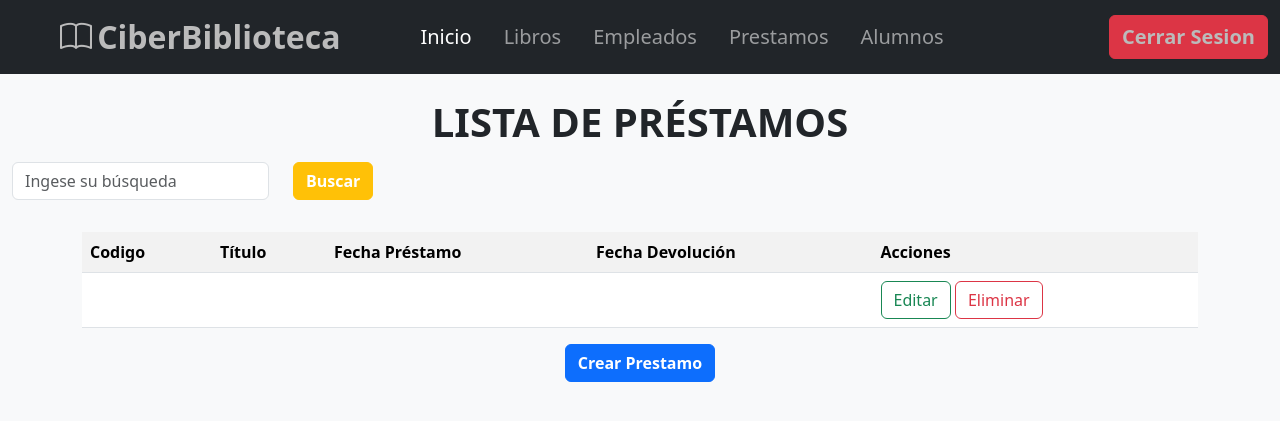
Repository: WilmerOcampo/LP1_Biblioteca
Page: http://localhost/Proyecto/listaPrestamos.jsp
These files come from the project's save history. The page is drawn as it stood at one moment and after the next save; the edit follows.
The browser window is 1280 px wide. The pictures show the whole page.
The page is served by Tomcat 10.

Above is the page before, as saved 2023-05-31 16:13:51.

After the next save:
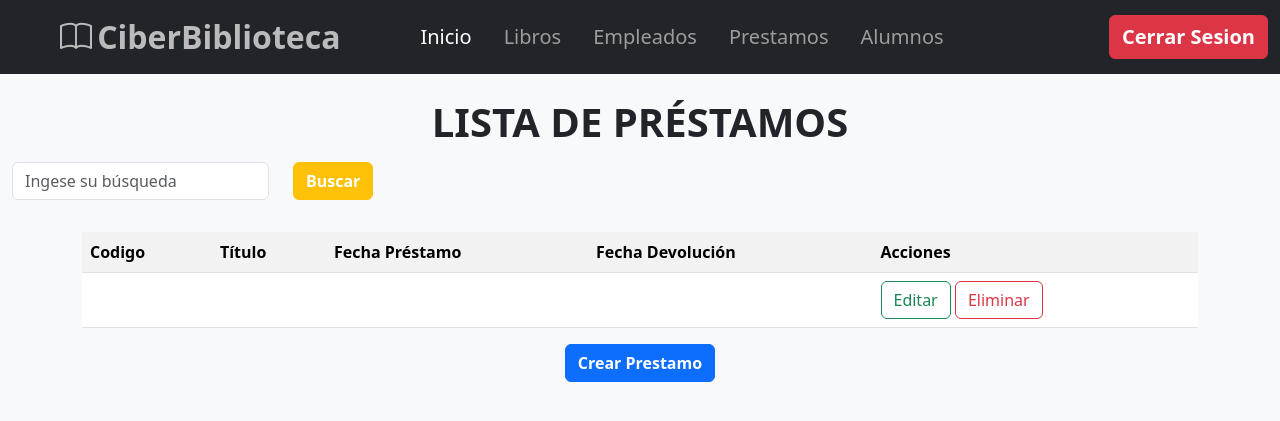
Saved 5 s later.
--- a/Proyecto/src/main/webapp/listaPrestamos.jsp
+++ b/Proyecto/src/main/webapp/listaPrestamos.jsp
@@ -51,7 +51,7 @@
 
          <!--boton Informacion -->
           <form class="d-flex">
-            <button class="btn btn-danger d-none d-md-inline-block " type="submit" style="font-size: 20px; font-weight:600"><a href="login.jsp" style="text-decoration: none; color: #bbb">Cerrar Sesion</a></button>
+            <button class="btn btn-danger d-none d-md-inline-block " type="submit" style="font-size: 20px; font-weight:600"><a href="login.jsp" style="text-decoration: none; color: #fff">Cerrar Sesion</a></button>
           </form>
         </div>
         </div>
